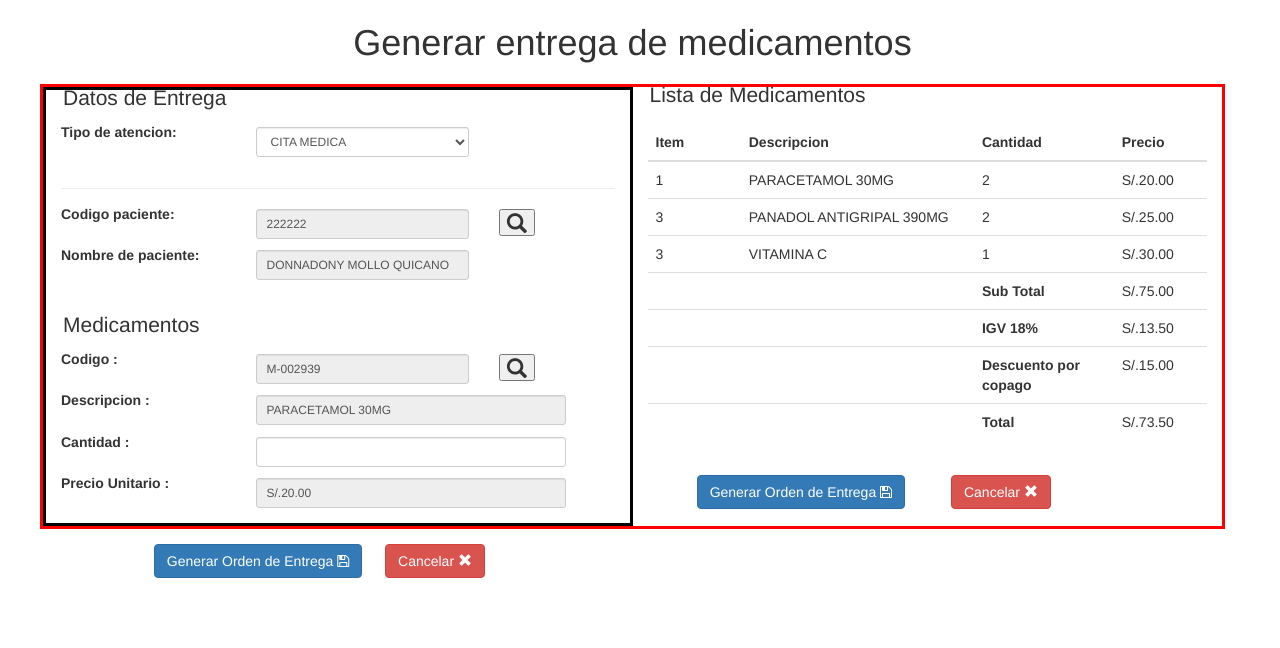
Repository: Donyx10/ADSII-ProyectoClinica
Page: http://localhost/AvanceWeb/GenerarOrdenDeEntregaDeMedicamentos2.jsp
An editor plug-in stored every save of this project. The page is shown before and after the next save, followed by the edit.
The browser window is 1280 px wide. The pictures show the whole page.
Some web fonts or font styles are not loaded; a fallback is used. The page is served by Tomcat 9. Other server files are loaded and not shown.

Above is the page before, as saved 2018-06-07 16:34:51.

### WebDemo/AvanceWeb/WebContent/GenerarOrdenDeEntregaDeMedicamentos2.jsp
<!DOCTYPE html>
<html lang="esS">
<head>
<meta charset="UTF-8">
<meta name="viewport"
	content="width=device-width, initial-scale=1, maximum-scale=1, user-scalable=no">
<script type="text/javascript" src="js/jquery.min.js"></script>
<script type="text/javascript" src="js/jquery.dataTables.min.js"></script>
<script type="text/javascript" src="js/dataTables.bootstrap.min.js"></script>
<script type="text/javascript" src="js/bootstrap.min.js"></script>
<script type="text/javascript" src="js/bootstrapValidator.js"></script>
<link rel="stylesheet" href="css/bootstrap.css" />
<link rel="stylesheet" href="css/dataTables.bootstrap.min.css" />
<link rel="stylesheet" href="css/style.css" />
<link rel="stylesheet" href="css/bootstrapValidator.css" />
<link rel="stylesheet"
	href="https://cdnjs.cloudflare.com/ajax/libs/font-awesome/4.7.0/css/font-awesome.min.css">
<title>Generar orden de entrega de medicamentos</title>

</head>
<body>

	<div class="container"
		style="padding-top: 3px; line-height: 0.8; padding-left: 0.01px;">
		<h1 align="center">Generar entrega de medicamentos</h1>
		<br>
		<form action="generarCita" id="id_form">
			<div class="form-group row"
				style="border-style: solid; border-color: red;">
				<div class="col-md-6"
					style="border-style: solid; border-color: black;">

					<div class="form-group row" align="left" id="paciente">
						<div class="col-md-12">
							<fieldset>
								<legend>Datos de Entrega</legend>
								<div class="row">
									<div class="col-md-4">
										<label class="" for="id_codigo">Tipo de atencion:</label>
									</div>
									<div class="col-md-5">
										<select class="form-control input-sm" style="">
											<option>CITA MEDICA
											<option>EMERGENCIA
										</select>
									</div>
								</div>
								<br>
								<hr>
								<div class="row">

									<div class="col-md-4">
										<label class="" for="id_codigo">Codigo paciente:</label>
									</div>
									<div class="col-md-5">
										<input class="form-control input-sm" type="text"
											value="222222" id="" name="" readonly="readonly"
											placeholder="Ingrese el codigo">
									</div>
									<div class="col-md-2">
										<button style="font-size: 20px">
											<i class="glyphicon glyphicon-search"></i>
										</button>
									</div>
								</div>
								<br>



								<div class="row">
									<div class="col-md-4">
										<label class="" for="">Nombre de paciente:</label>
									</div>
									<div class="col-md-5">
										<input class="form-control input-sm" type="text"
											readonly="readonly" value="DONNADONY MOLLO QUICANO" id=""
											name="" placeholder="Ingrese el nombre" size="30">
									</div>

								</div>
								<br>
								<!--
							<div class="row">
								<div class="col-md-3">
									<label class="" for="">Estado:</label>
								</div>
								<div class="col-md-5">
									<input class="form-control" type="text" disabled="disabled" value="CANCELADO"
										id="" name="" placeholder="Ingrese el nombre" size="30">
								</div>
								<br>
							</div>
							<br>
							-->
							</fieldset>
						</div>


					</div>

					<br>
					<div class="form-group row" align="left" id="paciente">
						<div class="col-md-12">
							<fieldset>
								<legend>Medicamentos</legend>
							</fieldset>
							<div class="row">

								<div class="col-md-4">
									<label class="" for="id_codigo">Codigo : </label>
								</div>
								<div class="col-md-5">
									<input class="form-control input-sm" type="text"
										value="M-002939" id="" name="" readonly="readonly"
										placeholder="">
								</div>
								<div class="col-md-2">
									<button style="font-size: 20px">
										<i class="glyphicon glyphicon-search"></i>
									</button>
								</div>
							</div>
							<br>
							<div class="row">

								<div class="col-md-4">
									<label class="" for="id_codigo">Descripcion : </label>
								</div>
								<div class="col-md-7">
									<input class="form-control input-sm" type="text"
										value="PARACETAMOL 30MG" id="" name="" readonly="readonly"
										placeholder="">
								</div>

							</div>
							<br>
							<div class="row">

								<div class="col-md-4">
									<label class="" for="id_codigo">Cantidad : </label>
								</div>
								<div class="col-md-7">
									<input class="form-control input-sm" type="number"
										name="quantity" min="1" max="10">
								</div>

							</div>
							<br>
							<div class="row">

								<div class="col-md-4">
									<label class="" for="id_codigo">Precio Unitario : </label>
								</div>
								<div class="col-md-7">
									<input class="form-control input-sm" type="text"
										name="quantity" value="S/.20.00" readonly="readonly">
								</div>

							</div>
						</div>
					</div>


				</div>
				<div class="col-md-6">
					<div class="form-group row" id="medico">
						<div class="col-md-12">
							<fieldset>

								<legend> Lista de Medicamentos</legend>
								<div class="row">
									<div class="col-md-12">
										<table class="table table-sm">
											<thead>
												<tr>
													<th class="col-md-2">Item</th>
													<th class="col-md-5">Descripcion</th>
													<th class="col-md-3">Cantidad</th>
													<th class="col-md-2">Precio</th>

												</tr>
											</thead>
											<tbody>
												<tr>
													<td class="col-md-2">1</td>
													<td class="col-md-5">PARACETAMOL 30MG</td>
													<td class="col-md-3">2</td>
													<td class="col-md-2">S/.20.00</td>
												</tr>
												<tr>
													<td class="col-md-2">3</td>
													<td class="col-md-5">PANADOL ANTIGRIPAL 390MG</td>
													<td class="col-md-3">2</td>
													<td class="col-md-2">S/.25.00</td>
												</tr>
												<tr>
													<td class="col-md-2">3</td>
													<td class="col-md-5">VITAMINA C</td>
													<td class="col-md-3">1</td>
													<td class="col-md-2">S/.30.00</td>
												</tr>
												<tr>
													<td class="col-md-2"></td>
													<td class="col-md-5"></td>
													<td class="col-md-3"><strong>Sub Total</strong></td>
													<td class="col-md-2">S/.75.00</td>
												</tr>
												<tr>
													<td class="col-md-2"></td>
													<td class="col-md-5"></td>
													<td class="col-md-3"><strong>IGV 18%</strong></td>
													<td class="col-md-2">S/.13.50</td>
												</tr>
												<tr>
													<td class="col-md-2"></td>
													<td class="col-md-5"></td>
													<td class="col-md-3"><strong>Descuento por
															copago</strong></td>
													<td class="col-md-2">S/.15.00</td>
												</tr>
												<tr>
													<td class="col-md-2"></td>
													<td class="col-md-5"></td>
													<td class="col-md-3"><strong>Total</strong></td>
													<td class="col-md-2">S/.73.50</td>
												</tr>

											</tbody>
										</table>
									</div>
								</div>




							</fieldset>
						</div>
					</div>
					<div class="form-group row" align="center" id="paciente">
						<div class="col-md-12">
							<div class="row">
								<div class="col-md-1"></div>
								<div class="col-md-4">
									<button type="submit" class="btn btn-primary">
										Generar Orden de Entrega <i class="fa fa-save"></i>
									</button>
								</div>
								<div class="col-md-1"></div>
								<div class="col-md-3">
									<button type="submit" class="btn btn-danger">
										Cancelar <span class="glyphicon glyphicon-remove"></span>
									</button>
								</div>
							</div>
						</div>
					</div>
				</div>


			</div>

			<div class="form-group row" id="botones">
				<div class="col-md-1" align="center"></div>
				<div class="col-md-2" align="center">
					<button type="submit" class="btn btn-primary">
						Generar Orden de Entrega <i class="fa fa-save"></i>
					</button>
				</div>
				<div class="col-md-2" align="center">
					<button type="submit" class="btn btn-danger">
						Cancelar <span class="glyphicon glyphicon-remove"></span>
					</button>
				</div>
			</div>
	</div>
	</form>
	</div>
</body>
</html>

### WebDemo/AvanceWeb/WebContent/css/style.css


.table-fixed {
	width: 100%;
	background-color: #f3f3f3;
}

.table-fixed tbody {
	height: 120px;
	overflow-y: auto;
	width: 100%;
}

.table-fixed thead, .table-fixed tbody, .table-fixed tr, .table-fixed td,
	.table-fixed th {
	display: block;
}

.table-fixed tbody td {
	float: left;
}

.table-fixed thead tr th {
	float: left;
	background-color: #f39c12;
	border-color: #e67e22;
}

legend {
    display: block;
    padding-left: 2px;
    padding-right: 2px;
    border: none;
}

Loaded but not shown: WebDemo/AvanceWeb/WebContent/js/jquery.min.js (library); WebDemo/AvanceWeb/WebContent/js/jquery.dataTables.min.js (library); WebDemo/AvanceWeb/WebContent/js/dataTables.bootstrap.min.js (common file); WebDemo/AvanceWeb/WebContent/js/bootstrap.min.js (library); WebDemo/AvanceWeb/WebContent/js/bootstrapValidator.js (library); WebDemo/AvanceWeb/WebContent/css/bootstrap.css (library); WebDemo/AvanceWeb/WebContent/css/dataTables.bootstrap.min.css (library); WebDemo/AvanceWeb/WebContent/css/bootstrapValidator.css (common file)

After the next save:
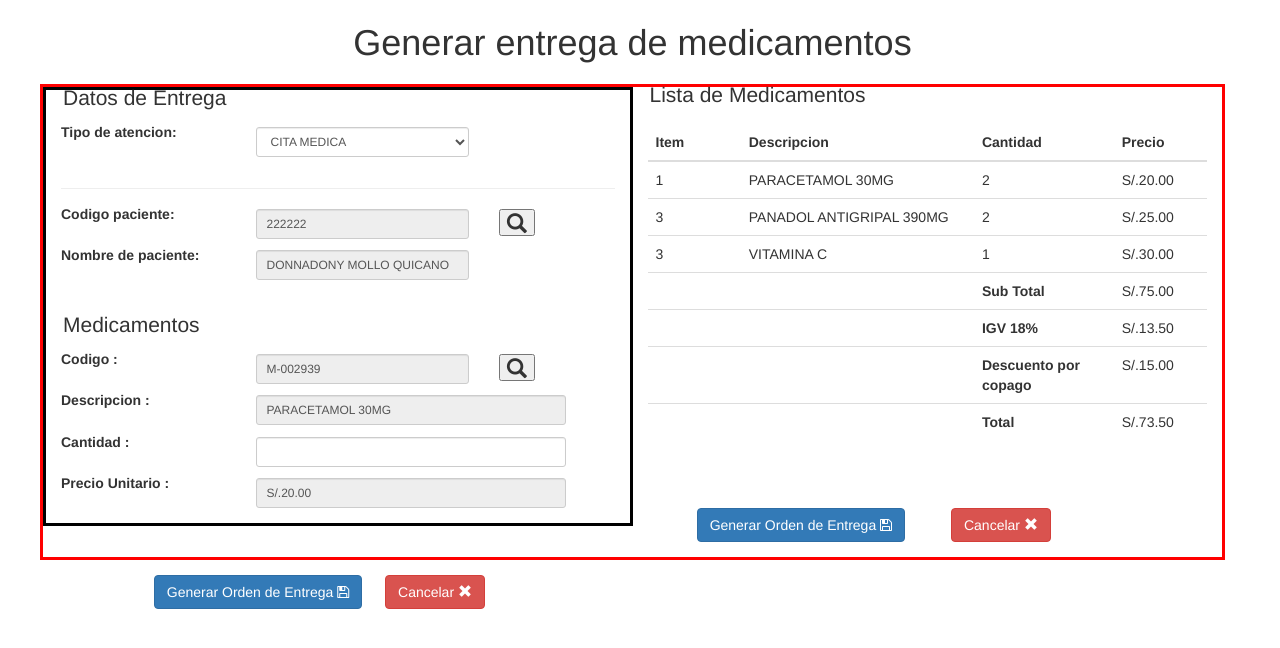
Saved 23 s later.
--- a/WebDemo/AvanceWeb/WebContent/GenerarOrdenDeEntregaDeMedicamentos2.jsp
+++ b/WebDemo/AvanceWeb/WebContent/GenerarOrdenDeEntregaDeMedicamentos2.jsp
@@ -229,13 +229,10 @@
 										</table>
 									</div>
 								</div>
-
-
-
-
 							</fieldset>
 						</div>
 					</div>
+					<br><br><br>
 					<div class="form-group row" align="center" id="paciente">
 						<div class="col-md-12">
 							<div class="row">
